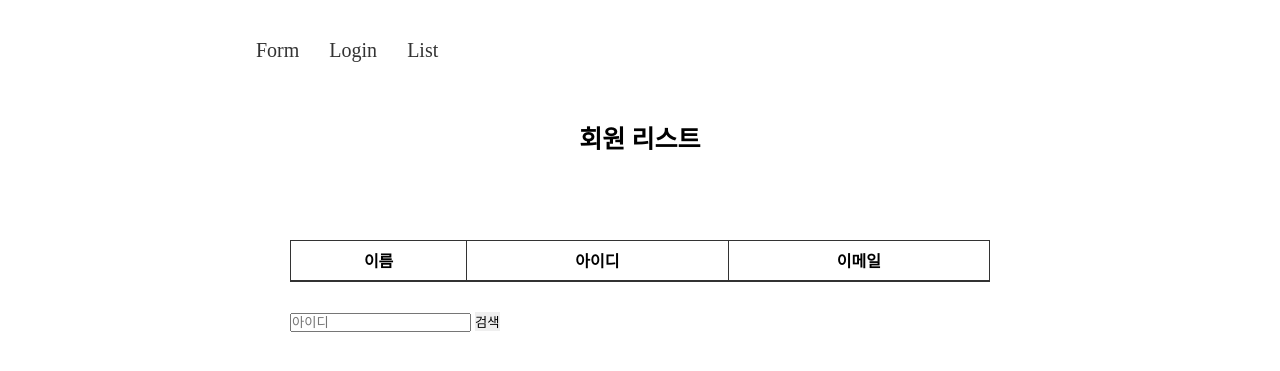
Repository: zeroj-0/eclipseProjects
Page: http://localhost/jv301/mod010/user_list.do
The author's editor kept a copy of each file at every save. The page is drawn from the files as they stood at one save, then again after the next save.
The browser window is 1280 px wide. The pictures show the whole page.
The page is served by Tomcat 9. Queries for data that is not in the repository find no rows.

Above is the page before, as saved 2022-07-07 07:04:13.

After the next save:
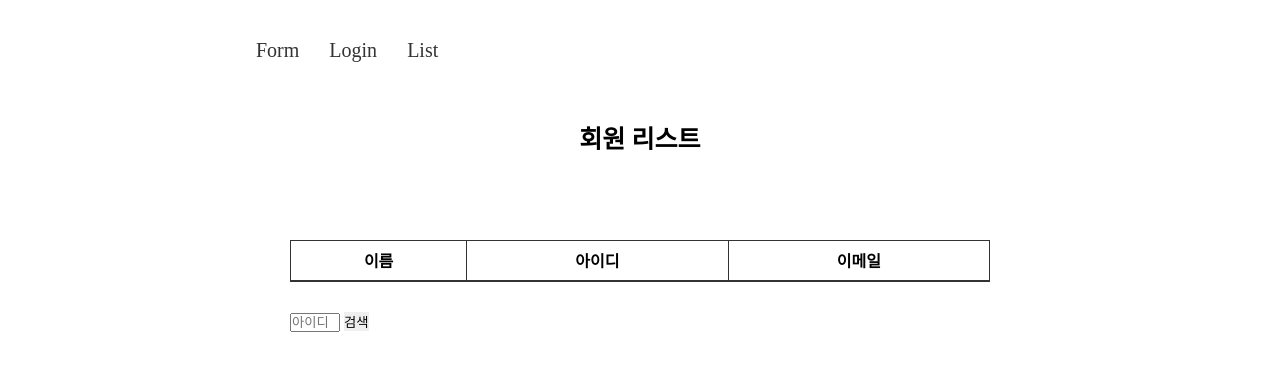
Saved 28 s later.
--- a/jv301/src/main/webapp/mod010/user_list.jsp
+++ b/jv301/src/main/webapp/mod010/user_list.jsp
@@ -29,6 +29,9 @@
 	.search-area {
 		width: 100%;
 		margin-top: 30px;
+	}
+	.search-area input {
+		width: 50px;
 	}
 </style>
 </head>
